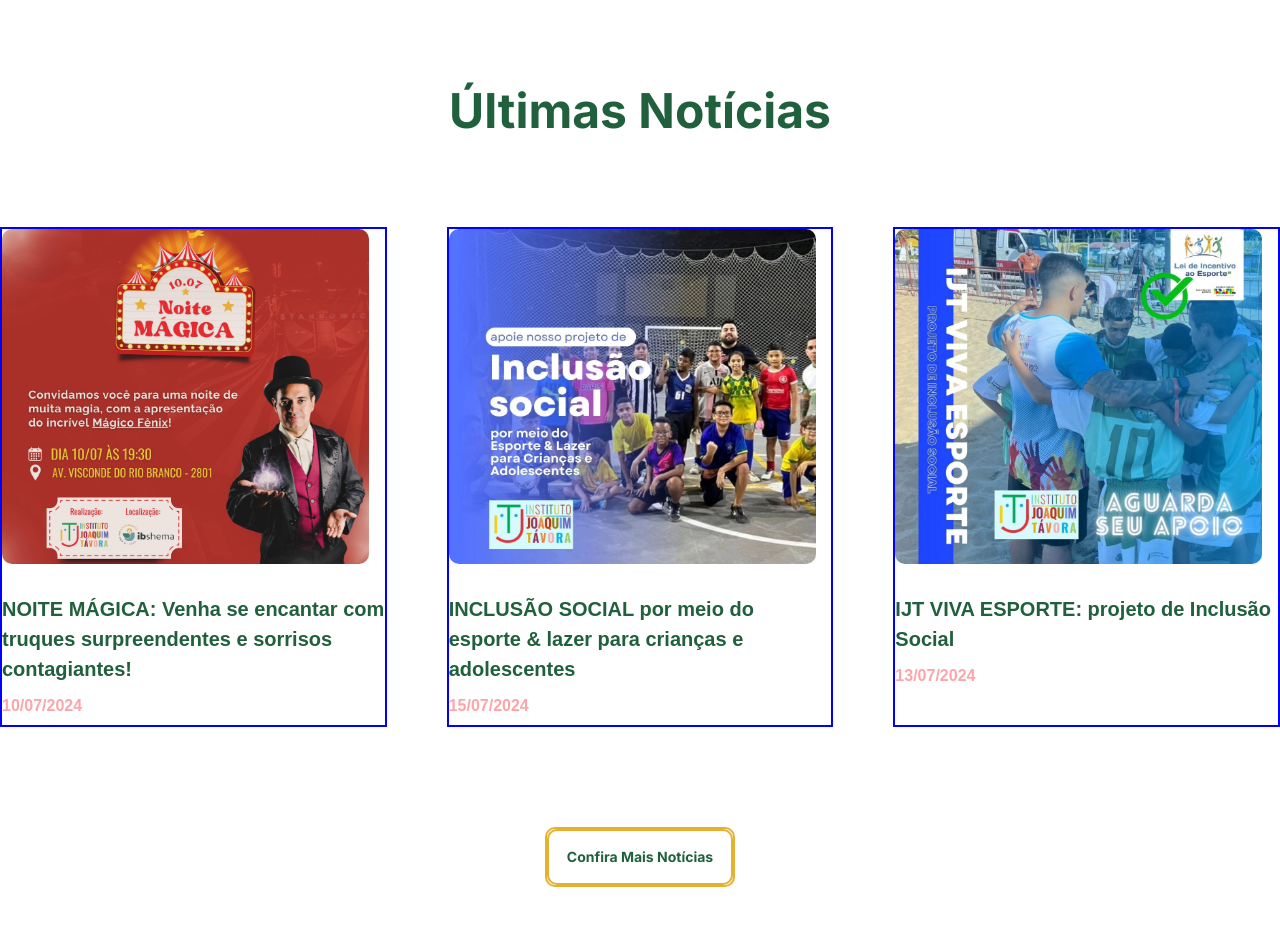
Repository: MarcelloMello90/itj2
Page: index.html
These files come from the project's save history. The page is drawn as it stood at one moment and after the next save; the edit follows.
The browser window is 1280 px wide. The pictures show the part of the page from y = 919 to 1871 px (the page is 2206 px tall).

Above is the page before, as saved 2024-07-22 23:49:09.

### index.html
<!DOCTYPE html>
<html lang="pt-br">
<head>
  <link rel="preconnect" href="https://fonts.googleapis.com">
  <link rel="preconnect" href="https://fonts.gstatic.com" crossorigin>

  <meta charset="UTF-8">
  <meta name="viewport" content="width=device-width, initial-scale=1.0">

  <!-- <link rel="icon" type="image/svg+xml" href="/vite.svg" /> -->

  <!-- Favicon -->
  <link rel="apple-touch-icon" sizes="180x180" href="assets/favicon_packageapple-touch-icon.png">
  <link rel="icon" type="image/png" sizes="32x32" href="assets/favicon_package/favicon-32x32.png">
  <link rel="icon" type="image/png" sizes="16x16" href="assets/favicon_packagefavicon-16x16.png">
  <link rel="manifest" href="assets/favicon_package/site.webmanifest">
  <link rel="mask-icon" href="assets/favicon_package/safari-pinned-tab.svg" color="#5bbad5">
  <meta name="msapplication-TileColor" content="#da532c">
  <meta name="theme-color" content="#ffffff">
  <title>Instituto Joaquim Távora</title>

  <link href="https://fonts.googleapis.com/css2?family=Barlow:ital,wght@0,100;0,200;0,300;0,400;0,500;0,600;0,700;0,800;0,900;1,100;1,200;1,300;1,400;1,500;1,600;1,700;1,800;1,900&family=Inter:wght@100..900&family=Poppins:ital,wght@0,100;0,200;0,300;0,400;0,500;0,600;0,700;0,800;0,900;1,100;1,200;1,300;1,400;1,500;1,600;1,700;1,800;1,900&family=Roboto:ital,wght@0,100;0,300;0,400;0,500;0,700;0,900;1,100;1,300;1,400;1,500;1,700;1,900&family=Space+Grotesk:wght@300..700&display=swap" rel="stylesheet">


  <link rel="stylesheet" href="style.css">
</head>
<body>
  <div id="app">
    <div id="wrapper_app">
      <header>
        <div class="header_logo">
          <img src="./assets/logo/logo03peq.png" alt="imagem da logo do Instituto Joaquim Távora">
        </div>

        <div class="wrapper_munu_mobile">
          <span>menu</span>
        </div>

        <div class="wrapper_nav">
          <nav>
            <ul>
              <li><a href="http://#" target="_blank">Início</a></li>
              <li><a href="http://#" target="_blank">Sobre nós</a></li>
              <li><a href="http://#" target="_blank">Parceiros</a></li>
              <li><a href="http://#" target="_blank">Notícias</a></li>
              <li><a href="http://#" target="_blank">Contato</a></li>
            </ul>
          </nav>
        </div>
      </header>

      <div class="carousel">
        <video
          class="elementor-background-video"
          autoplay=""
          muted=""
          playsinline=""
          loop=""
          src="/assets/video/Snapinsta.app_video_6F487980DB1930866F1B164CEB50C191_video_dashinit.mp4"
          >
        </video>

        <div id="items-wrapper-carousel">
          <div id="items">
            <div class="item">
              <img src="./assets/img_carousel/img1.jpg"/></div>
            <div class="item"><img src="./assets/img_carousel/img2.jpg"/></div>
            <!-- <div class="item"><img src="https://unsplash.it/1600/400?image=990"/></div>
            <div class="item"><img src="https://unsplash.it/1600/400?image=980"/></div>
            <div class="item"><img src="https://unsplash.it/1600/400?image=970"/></div>
            <div class="item"><img src="https://unsplash.it/1600/400?image=976"/></div>
            <div class="item"><img src="https://unsplash.it/1600/400?image=993"/></div>
            <div class="item"><img src="https://unsplash.it/1600/400?image=969"/></div> -->
          </div>
        </div>
      </div>

       <main>
        <section id="section1">
          <h1>Últimas Notícias</h1>

          <div class="wrapper_section1">
            <div class="wrapper_items">
              <div class="item_img">
                <img src="./assets/img_carousel/img3.jpg" alt="">
              </div>

              <div class="item_text">
                <p>NOITE MÁGICA: Venha se encantar com truques surpreendentes e sorrisos contagiantes! </p>
                <span>10/07/2024</span>
              </div>
            </div>

            <div class="wrapper_items">
              <div class="item_img">
                <img src="./assets/img_carousel/img1.jpg" alt="">
              </div>

              <div class="item_text">
                <p>INCLUSÃO SOCIAL por meio do esporte & lazer para crianças e adolescentes</p>
                <span>15/07/2024</span>
              </div>
            </div>

            <div class="wrapper_items">
              <div class="item_img">
                <img src="./assets/img_carousel/img2.jpg" alt="">
              </div>

              <div class="item_text">
                <p><strong>IJT VIVA ESPORTE:</strong> projeto de Inclusão Social</p>
                <span>13/07/2024</span>
              </div>
            </div>
          </div>

          <button id="btn_section1">
            <a
              id="btn_section1"
              href="http://#"
              target="_blank"
            >
              Confira Mais Notícias
            </a>
          </button>
        </section>

       <!-- <section id="section2">

          <div class="wrapper_section2">
            <h1>Conheça o IJT</h1>

            <p>
              O Instituto Joaquim Távora (IJT) é uma organização da sociedade civil (OSC)
              criada em 2021. O projeto social contribui no desenvolvimento de 370
              crianças e suas famílias como um instrumento de acesso e mudanças de
              perspectiva de vida da comunidade. Com os eixos de atuação em educação,
              inclusão digital, esporte, assistência social e empregabilidade, o IJT
              busca ser uma instituição capaz de transformar vidas e atender
              as pessoas em suas diversas necessidades, proporcionando o bem
              estar da comunidade e sendo futuramente uma referência para outras
               instituições. Atualmente, as iniciativas em desenvolvimento são o
               Feirão do Empreendedor para o fortalecimento do comércio local;
               o IJT Cast, no intuito de dar voz e visibilidade para os moradores
               do bairro e a Cozinha Social, projeto gastronômico social auto
               sustentável.
            </p>
          </div>




        </section>

        <section id="section3">
          <div class="wrapper_section3">
           <h1>Projeto</h1>

           <div class="wrapper_items3">
            <div class="wrapper_project">
              <div class="project_img">
                <img src="./assets/img_carousel/img2.jpg" alt="">
              </div>

              <div class="project_text">
                <h3>Fustsal</h3>
                <span>
                  Fomos reconhecidos e contemplados através da Ministerio do Esporte, do
                   Governo Federal, com a aprovação do nosso projeto IJT VIVA ESPORTE,
                   visando assistir 80 crianças da comunidade Joaquim Távora e bairros
                   adjacentes. Com estrutura completa desde de uniformes, calçados,
                   alimentações, equipamentos esportivos e equipe de profissionais.
                </span>
              </div>
            </div>

            <div class="wrapper_project">
              <div class="project_text">
                <h3>Fustsal</h3>
                <span>
                  Fomos reconhecidos e contemplados através da Ministerio do Esporte, do
                   Governo Federal, com a aprovação do nosso projeto IJT VIVA ESPORTE,
                   visando assistir 80 crianças da comunidade Joaquim Távora e bairros
                   adjacentes. Com estrutura completa desde de uniformes, calçados,
                   alimentações, equipamentos esportivos e equipe de profissionais.
                </span>
              </div>

              <div class="project_img">
                <img src="./assets/img_carousel/img1.jpg" alt="">
              </div>
            </div>

            <div class="wrapper_project">
              <div class="project_img">
                <img src="./assets/img_carousel/img2.jpg" alt="">
              </div>

              <div class="project_text">
                <h3>Fustsal</h3>
                <span>
                  Fomos reconhecidos e contemplados através da Ministerio do Esporte, do
                   Governo Federal, com a aprovação do nosso projeto IJT VIVA ESPORTE,
                   visando assistir 80 crianças da comunidade Joaquim Távora e bairros
                   adjacentes. Com estrutura completa desde de uniformes, calçados,
                   alimentações, equipamentos esportivos e equipe de profissionais.
                </span>
              </div>
            </div>
          </div>

        </section>

        <section id="section4">
          <div class="wrapper_section4">
            <h1>Parceiros</h1>

            <div class="wrapper_parceiros_logo">
              <div class="item_img_logo">
                <a href="https://www.instagram.com/fatimatortasebolos/" target="_blank"><img src="./assets/parceiros/parceiro_fatimaBolo.jpg" alt=" Logo parceiro fatima bolos"></a>
              </div>

              <div class="item_img_logo">
                <a href="https://www.instagram.com/servicospratrimoniaismoura/" target="_blank">
                  <img src="./assets/parceiros/parceiro_servico_patrionais_moura.jpg"
                  alt=" Logo parceiro fatima bolos">
                </a>
              </div>
            </div>

            <div class="wrapper_form_parceiro">

            </div>
          </div>
        </section>

        <section id="section5">
          <div class="wrapper_section5">
            <h1>Contato</h1>

            <form id="form" action="https://formsubmit.co/contato@institutojoaquimtavora.org" method="POST">
              <div class="wrap-input-mobile">
                <label for="nome"></label>
                <input type="text" id="nome" name="nome" placeholder="Nome" required>

                <label for="email"></label>
                <input type="email" id="email" name="email" placeholder="email"  required>

              </div>

              <label for="area_interesse"></label>
              <input type="text" id="area_interesse" name="area_interesse"  placeholder="Assunto"  required>


              <textarea id="mensagem" name="mensagem" placeholder="Nos fale sua dúvida, sugestão, parceria."></textarea>

              <button class="btn_form"  type="submit">Enviar</button>
            </form>


          </div>
        </section>
      </main> -->
      <!-- <footer>
        <div class="wrapper_footer">
          <div class="box-logo">
            <img
              src="./assets/logo/logo03peq.png"
              alt="logo Instituto Joaquim Távora">
          </div>

          <div class="box-contact">
            <span>
              R. Henrique Rabêlo, 1321 - Joaquim Távora, Fortaleza - CE, 60110-540
            </span>

            <span>
              <a href="tel:+5585985350707"> (85) 98535-0707</a>
            </span>

            <span>
              <a href="mailto:contato@institutojoaquimtavora.com.br">contato@institutojoaquimtavora.org</a>
            </span>
          </div>

        </div>
      </footer>
      <div class="footer-ano">
        <span>2024 - Todos os direito reservados | <a href="https://github.com/MarcelloMello90">Criado por Marcelo Melo</a></span>
      </div> -->
    </div>
  </div>
  <script src="./script.js"></script>
</body>
</html>

Loaded but not shown: script.js (25 lines, source omitted); style.css (723 lines, source omitted)

After the next save:
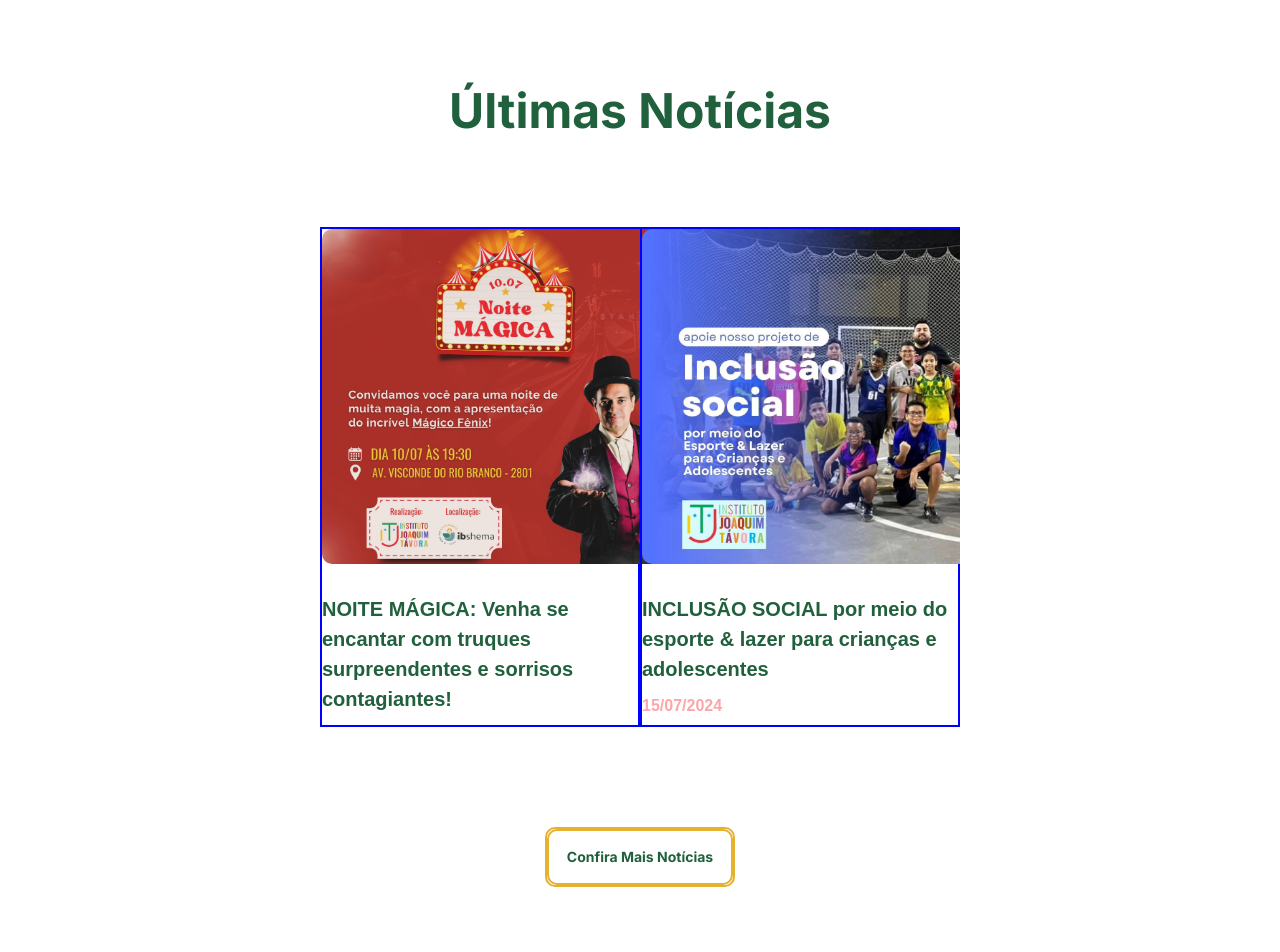
Saved 24 s later.
--- a/index.html
+++ b/index.html
@@ -80,36 +80,85 @@
           <h1>Últimas Notícias</h1>
 
           <div class="wrapper_section1">
-            <div class="wrapper_items">
-              <div class="item_img">
-                <img src="./assets/img_carousel/img3.jpg" alt="">
-              </div>
-
-              <div class="item_text">
-                <p>NOITE MÁGICA: Venha se encantar com truques surpreendentes e sorrisos contagiantes! </p>
-                <span>10/07/2024</span>
-              </div>
-            </div>
-
-            <div class="wrapper_items">
-              <div class="item_img">
-                <img src="./assets/img_carousel/img1.jpg" alt="">
-              </div>
-
-              <div class="item_text">
-                <p>INCLUSÃO SOCIAL por meio do esporte & lazer para crianças e adolescentes</p>
-                <span>15/07/2024</span>
-              </div>
-            </div>
-
-            <div class="wrapper_items">
-              <div class="item_img">
-                <img src="./assets/img_carousel/img2.jpg" alt="">
-              </div>
-
-              <div class="item_text">
-                <p><strong>IJT VIVA ESPORTE:</strong> projeto de Inclusão Social</p>
-                <span>13/07/2024</span>
+            <div id="items-wrapper">
+              <div id="items">
+                <div class="item">
+                  <div class="wrapper_items">
+                    <div class="item_img">
+                      <img src="./assets/img3.jpg" alt="">
+                    </div>
+
+                    <div class="item_text">
+                      <p>NOITE MÁGICA: Venha se encantar com truques surpreendentes e sorrisos contagiantes! </p>
+                      <span>10/07/2024</span>
+                    </div>
+                  </div>
+                </div>
+
+                <div class="item">
+                  <div class="wrapper_items">
+                    <div class="item_img">
+                      <img src="./assets/img1.jpg" alt="">
+                    </div>
+
+                    <div class="item_text">
+                      <p>INCLUSÃO SOCIAL por meio do esporte & lazer para crianças e adolescentes</p>
+                      <span>15/07/2024</span>
+                    </div>
+                  </div>
+                </div>
+
+                <div class="item">
+                  <div class="wrapper_items">
+                    <div class="item_img">
+                      <img src="./assets/img2.jpg" alt="">
+                    </div>
+
+                    <div class="item_text">
+                      <p><strong>IJT VIVA ESPORTE:</strong> projeto de Inclusão Social</p>
+                      <span>13/07/2024</span>
+                    </div>
+                  </div>
+                </div>
+
+                <div class="item">
+                  <div class="wrapper_items">
+                    <div class="item_img">
+                      <img src="./assets/img3.jpg" alt="">
+                    </div>
+
+                    <div class="item_text">
+                      <p>NOITE MÁGICA: Venha se encantar com truques surpreendentes e sorrisos contagiantes! </p>
+                      <span>10/07/2024</span>
+                    </div>
+                  </div>
+                </div>
+
+                <div class="item">
+                  <div class="wrapper_items">
+                    <div class="item_img">
+                      <img src="./assets/img1.jpg" alt="">
+                    </div>
+
+                    <div class="item_text">
+                      <p>INCLUSÃO SOCIAL por meio do esporte & lazer para crianças e adolescentes</p>
+                      <span>15/07/2024</span>
+                    </div>
+                  </div>
+                </div>
+
+                <div class="item">
+                  <div class="wrapper_items">
+                    <div class="item_img">
+                      <img src="./assets/img2.jpg" alt="">
+                    </div>
+
+                    <div class="item_text">
+                      <p><strong>IJT VIVA ESPORTE:</strong> projeto de Inclusão Social</p>
+                      <span>13/07/2024</span>
+                    </div>
+                  </div>
+                </div>
               </div>
             </div>
           </div>
